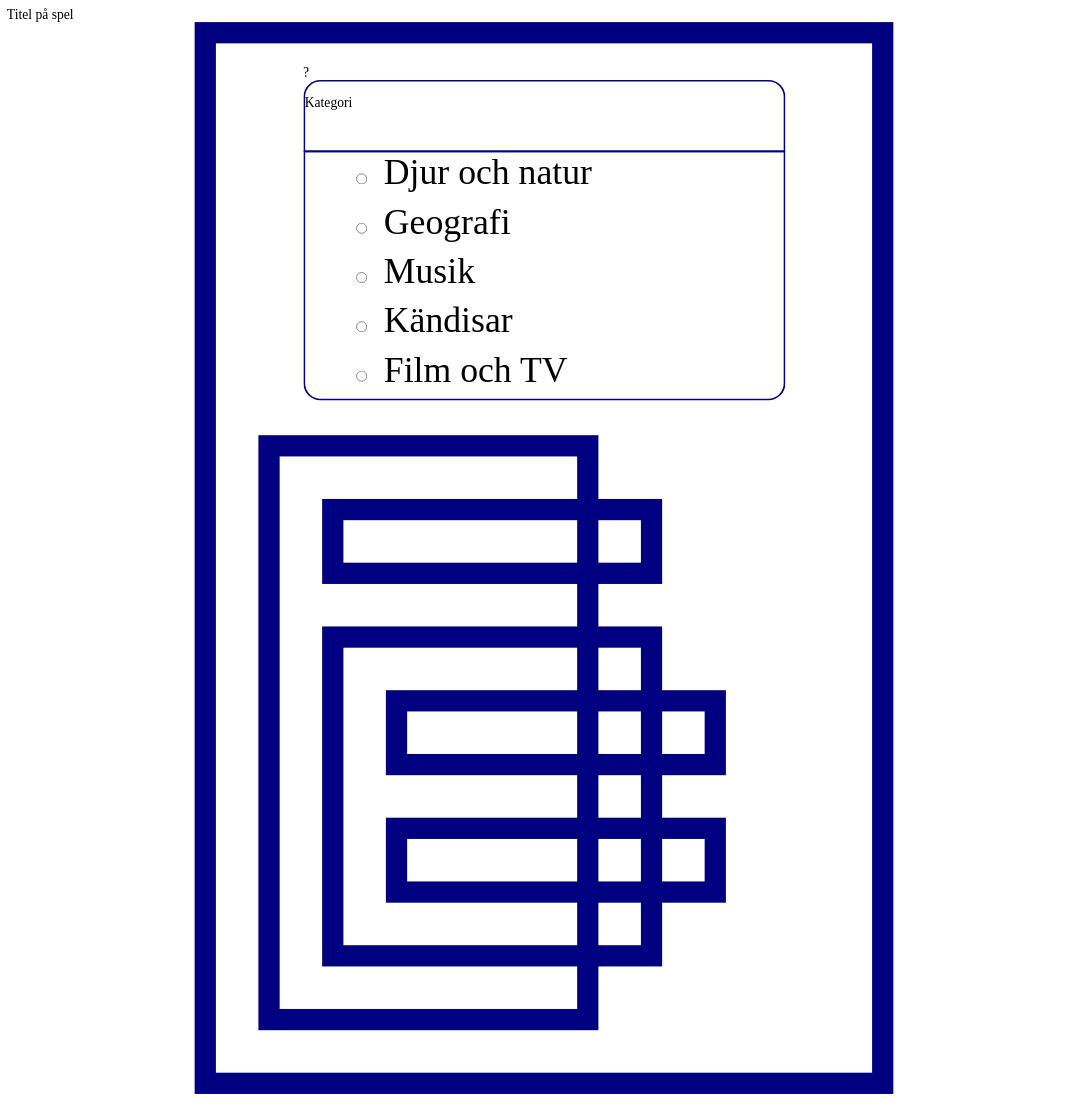
Repository: ed222gg/project2
Page: pages/start.html
The author's editor kept a record of every edit. The page is drawn from the files as they stood at one moment, then again after the next edit.
The browser window is 1280 px wide. The pictures show the whole page, at 85% of full size.

Above is the page before.

After the next edit:
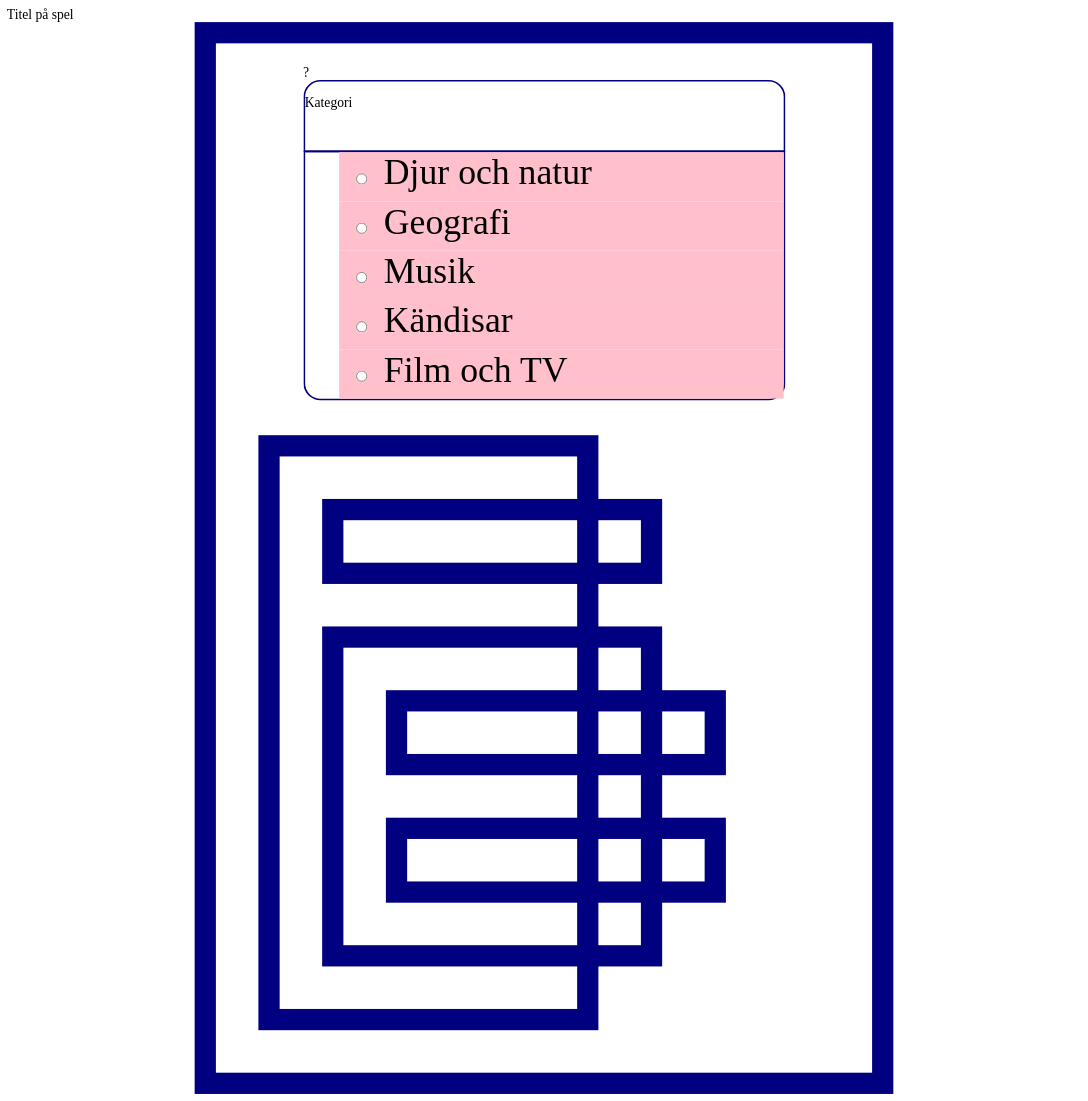
The edit:
--- a/css/style.css
+++ b/css/style.css
@@ -94,3 +94,5 @@
   cursor:pointer;
 
  }
+
+#li0{background-color:pink;}
